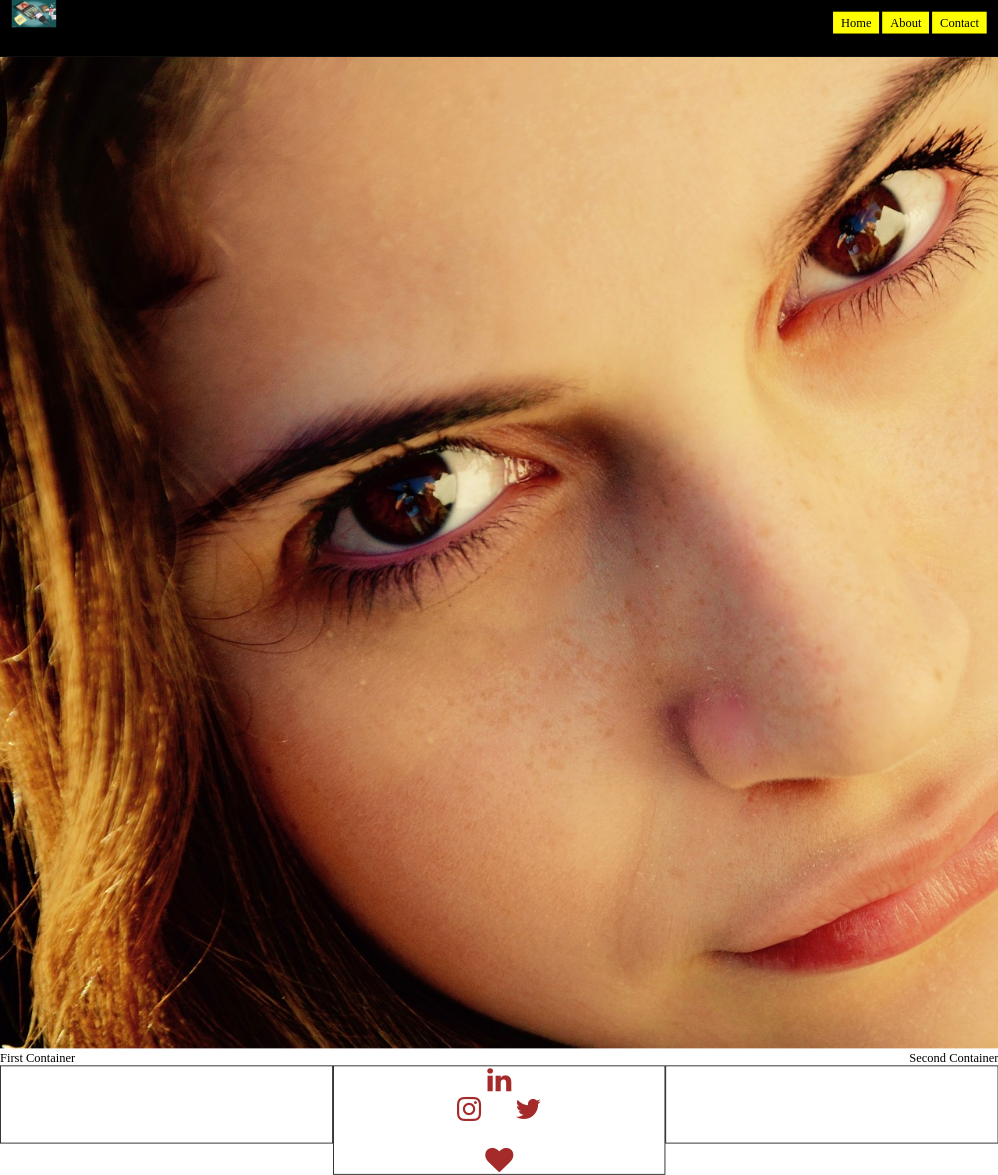
Repository: bitmogram/practicingcards
Page: about.html
The author's editor kept a record of every edit. The page is drawn from the files as they stood at one moment, then again after the next edit.
The browser window is 1280 px wide. The pictures show the whole page, at 78% of full size.

Above is the page before.

### about.html
<!DOCTYPE html>
<html lang="en">
<head>
	<meta charset="UTF-8">
	<meta name="viewport" content="width=device-width, initial-scale=1.0">
	<meta http-equiv="X-UA-Compatible" content="ie=edge">
	<meta name="author" content="Maurice Graham">
	<meta name="keywords" content="animals, animal, zoo, pets, zoo">
	<meta name="description" content="Amazing Animals">
	<link rel="stylesheet" href="css/font-awesome.min.css" type="text/css">
	<link rel="stylesheet" href="css/styles.css" type="text/css">
	<link rel="stylesheet" href="css/about.css" type="text/css">
	<title>Amazing Animals</title>
</head>
<body>
	<!-- Header -->

	<header>
		<nav class="clearfix">
			<img class="brand pull-left" src="img/money-trap.jpg" alt="Money Trap">
			<ul class="nav-links pull-right">
				<li><a href="index.html">Home</a></li>
				<li><a href="#">About</a></li>
				<li><a href="contact.html">Contact</a></li>
			</ul>
		</nav>
	</header>

	<!-- /Header -->

	<!--Main Content-->

	<main class="about-container clear-float">
	<img src="img/face.jpg" alt="face">
		<div class="about-child pull-left">First Container
		</div>

		<div class="about-child pull-right">Second Container
		</div>
	</main>

<!--/Main Content -->

	<!--Footer -->
		<!--Four Social Media Icons-->

	<footer>
		<section class= "pull-left"></section>
		<section class= "pull-left">
			<div class="i-container centered">
				<i class="icon fa fa-linkedin" aria-hidden="true"></i>
				<div class="clearfix">
					<i class="icon pull-left fa fa-instagram" aria-hidden="true"></i>
					<i class="icon pull-right fa fa-twitter" aria-hidden="true"></i>
				</div>
				<i class="icon fa fa-heart" aria-hidden="true"></i>
			</div>
		</section>
		<section class= "pull-left"></section>


	</footer>

	<!-- /Footer-->

</body>
</html>

### css/styles.css
* {
    margin: 0;
    padding: 0;
    box-sizing: border-box;
}

/*Helper Classes*/
.clearfix::after {
  content: "";
  display: block;
  clear: both;
  padding: 15px;
}
.pull-left {
    float: left;
}
.pull-right {
    float:right;
}

.text-centered {
    text-align: center;
}

.card h1, .card p {
    margin-top: 30px;
    padding: 15px;
}

.centered {
    margin: 0 auto;
}
/*/Helper Classes*/

/*Header*/
nav {
    background-color: black;
    padding: 0 15px;
}
.brand {
    height: 35px;
}
.nav-links {
    list-style-type: none;
    margin-top: 15px;
}
.nav-links li {
    display: inline-block;
    background-color: yellow;
    padding: 5px 10px;
}
.nav-links li a {
    text-decoration: none;
    color: #000;
}

/*/Header*/
footer section {
    min-height: 100px;
    width: calc(100% / 3);
    border: 1px solid #000;
}
.i-container {
    text-align: center;
    width: 108px;
}

.box {
    height: 50px;
    width: 50px;
    background-color: #000;
}

.icon {
    font-size: 36px;
    color: brown;

}

/*/Footer*/


/*Hero Section*/

.hero {
    height: 700px;
    background-image: url("../img/lion-girl.jpg");
    background-position: center center;
    background-size: 100%;
    /*opacity: .2;*/
}

.banner {
    padding: 10px 15px;
    background-color: rgba(0, 0, 0, .4);
    color:; #cacaca;
    display: inline-block;
    margin: 75px 75px 75px 75px;
    font-size: 200%;
    text-shadow: 4px 6px 8px #cacaca;
}

.card {
    /*width: calc(60% / 3);*/
    width: 20%;
    margin: 75px 0 75px 10%;
    /*margin: 75px 0px 75px calc(40% / 4);*/
    /*height: 350px;*/
    background-color: #d3d3d3;
    box-shadow:5px 7px 5px #000;
}

.card img {
    height: 95px;
    display: block;
    border-radius: 20%;
    box-shadow: 3px 4px 4px #000;
    margin: 20px 50px 20px calc(100% / 4);
}
/*/Hero Section*/


.about-container {
    /*opacity: .2;*/
    width: 100%;
    height: auto;
    border: 20px 25px;
    overflow: auto;

}

.about-child-one {
    background-color: black;
    padding: 3px;
    border: 10px solid;
    border-color: white;
    float: left;
    width: 40%;
    height: auto;
    color: white;
}

.about-child-two {
    background-color: black;
    padding: 3px;
    border: 10px solid;
    border-color: white;
    float: left;
    width: 60%;
    height: auto;
    color: white;
}
.clear-float {
    overflow: auto;
    clear: both;
}


.about-child-two iframe {
    width: 560px;
    height: 560px;
}

Loaded but not shown: css/font-awesome.min.css (library); css/about.css (no stored copy; drawn as an empty file)

After the next edit:
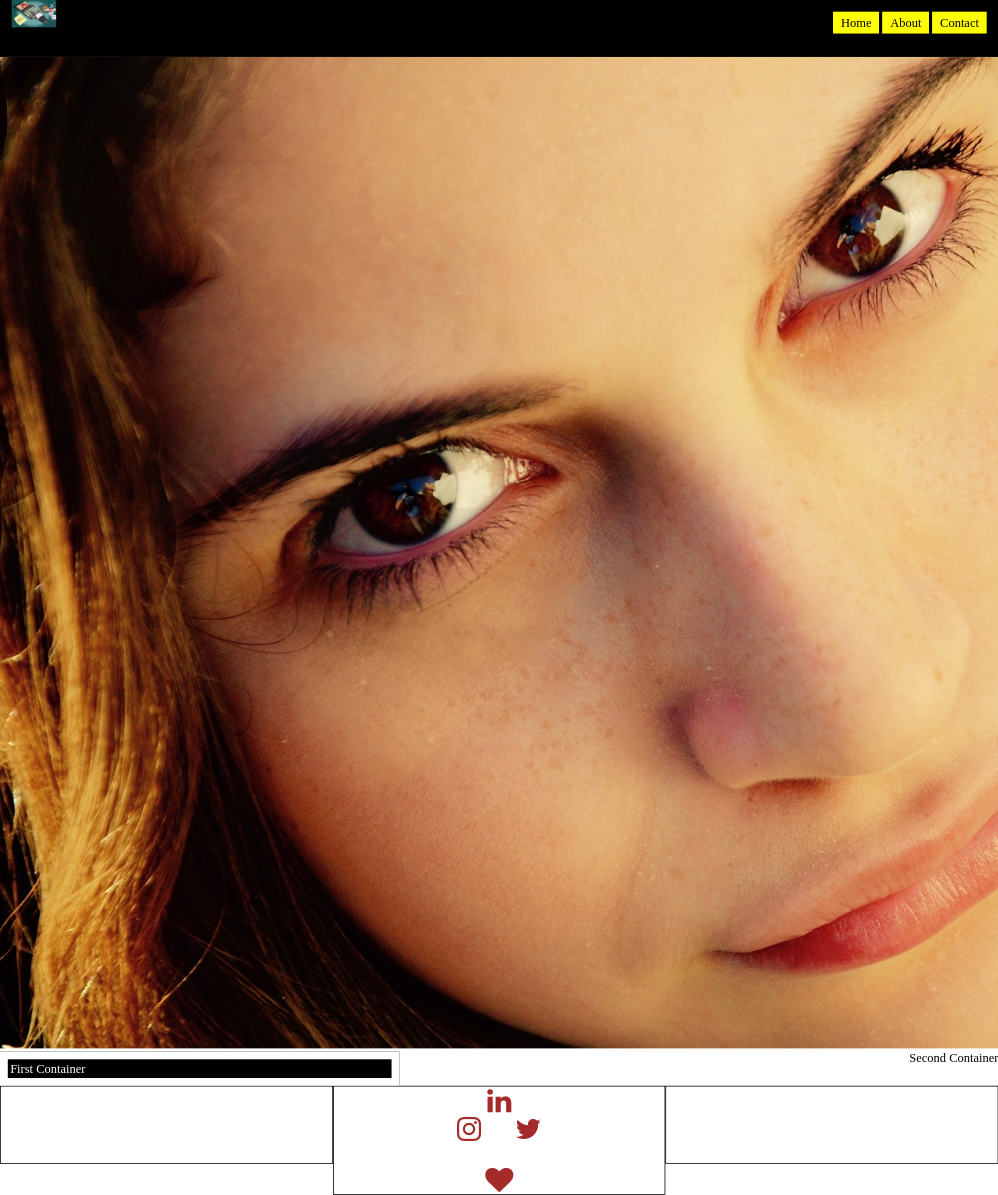
The edit:
--- a/about.html
+++ b/about.html
@@ -32,7 +32,7 @@
 
 	<main class="about-container clear-float">
 	<img src="img/face.jpg" alt="face">
-		<div class="about-child pull-left">First Container
+		<div class="about-child-one pull-left">First Container
 		</div>
 
 		<div class="about-child pull-right">Second Container
